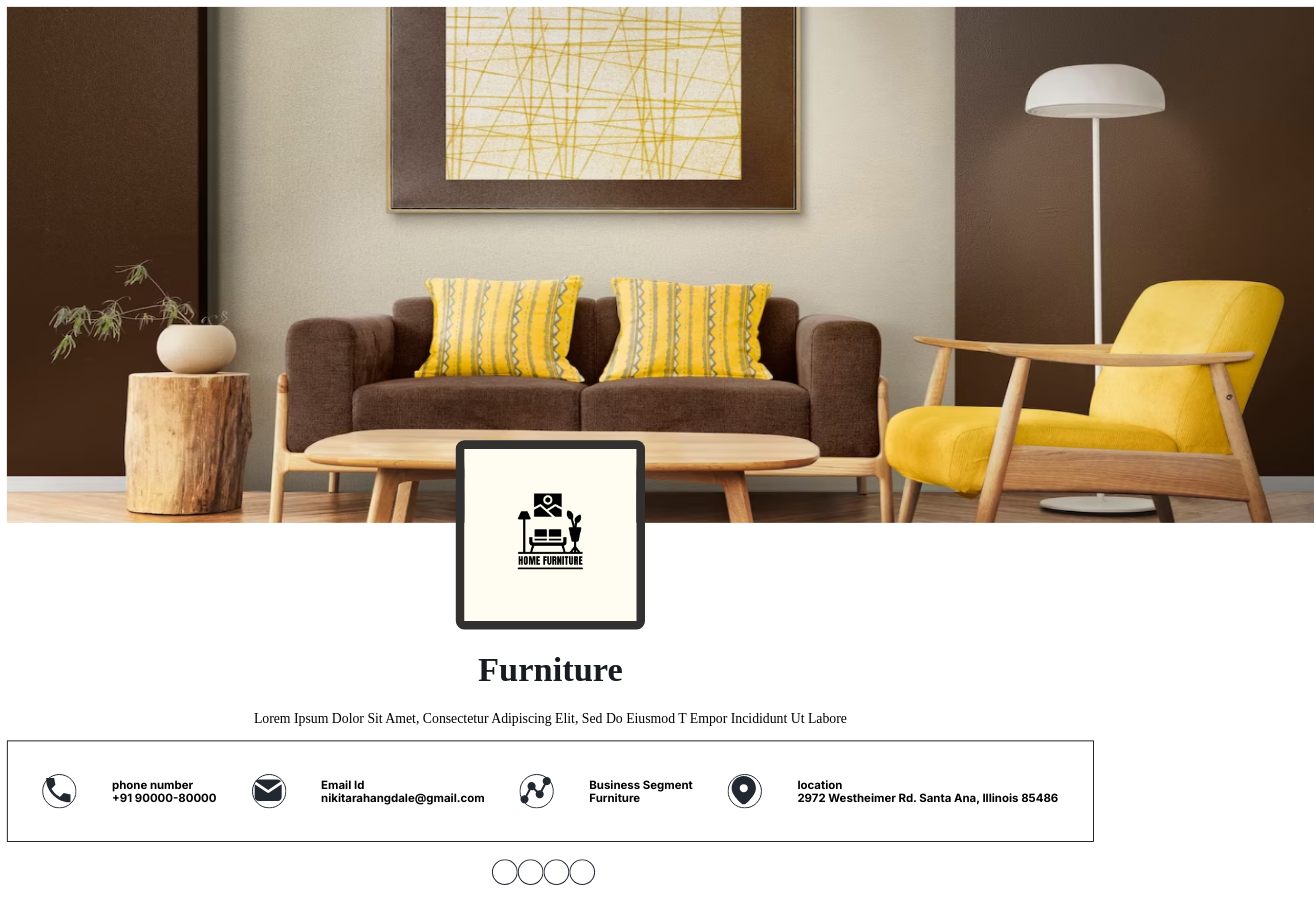
Repository: nikita120402/next13-deploy
Page: /
These files come from the project's save history. The page is drawn as it stood at one moment and after the next save; the edit follows.
The browser window is 1280 px wide. The page is 1528 px wide, so the pictures cover 1528 px, including what lies to the right of the window. The pictures show the whole page, at 86% of full size.
The project was rebuilt for these pictures with package versions that can differ from the ones it lists, and the page was loaded fresh each time. The framework's server and built-in components were replaced by stand-ins that run in the browser. Also part of the build but not shown: next.config.js.

Above is the page before, as saved 2023-08-02 16:46:08.

### src/app/page.tsx
import Image from 'next/image'
import styles from './Design.module.css'
export default function Page() {
  return (
  <div>
        <Image
      src="/../public/image/Rectangle 25.jpg"
      alt="Picture"
      width={1520}
      height={600}
          />
          <Image
          className={styles.icon}
          src="/../public/image/final logo.jpg"
          alt="Picture"
          width={200}
          height={200}
          />
          <h1>Furniture</h1>
          <p>Lorem ipsum dolor sit amet, consectetur adipiscing elit, sed do eiusmod t empor incididunt ut labore </p>
          <div className={styles.call}>
          <svg xmlns="http://www.w3.org/2000/svg" width="40" height="40" viewBox="0 0 69 69" fill="none">
  <circle cx="34.5" cy="34.5" r="33.5" fill="white" stroke="#222831" stroke-width="2"/>
  <svg xmlns="http://www.w3.org/2000/svg" width="65" height="65" viewBox="0 0 33 33" fill="none">
  <path d="M27.4313 28.875C24.5667 28.875 21.731 28.2563 18.9241 27.0187C16.1173 25.7812 13.5676 24.0167 11.275 21.725C8.98333 19.4333 7.21875 16.8896 5.98125 14.0938C4.74375 11.2979 4.125 8.45625 4.125 5.56875V4.125H12.2375L13.5094 11.0344L9.59062 14.9875C10.0948 15.8812 10.6562 16.7292 11.275 17.5312C11.8937 18.3333 12.5583 19.0781 13.2687 19.7656C13.9333 20.4302 14.6612 21.0664 15.4522 21.6741C16.2433 22.2819 17.0968 22.8488 18.0125 23.375L22 19.3875L28.875 20.7969V28.875H27.4313Z" fill="#222831"/>
</svg></svg> <h5>phone number <br/> +91 90000-80000</h5>

<svg xmlns="http://www.w3.org/2000/svg" width="40" height="40" viewBox="0 0 69 69" fill="none">
  <circle cx="34.5" cy="34.5" r="33.5" fill="white" stroke="#222831" stroke-width="2"/>
  <svg xmlns="http://www.w3.org/2000/svg" width="65" height="65" viewBox="0 0 33 33" fill="none">
  <g clip-path="url(#clip0_1_50)">
    <path d="M30.25 10.3606V23.375C30.2501 24.4271 29.8481 25.4396 29.1262 26.2051C28.4044 26.9706 27.4174 27.4314 26.367 27.4931L26.125 27.5H6.875C5.82284 27.5 4.81042 27.098 4.04489 26.3762C3.27937 25.6544 2.8186 24.6673 2.75688 23.617L2.75 23.375V10.3606L15.7369 19.019L15.8964 19.1097C16.0843 19.2016 16.2908 19.2493 16.5 19.2493C16.7092 19.2493 16.9157 19.2016 17.1036 19.1097L17.2631 19.019L30.25 10.3606Z" fill="#222831"/>
    <path d="M26.125 5.5C27.61 5.5 28.9121 6.28375 29.6381 7.46212L16.5 16.2209L3.36188 7.46212C3.70663 6.90218 4.1803 6.4328 4.74335 6.09315C5.30641 5.7535 5.94252 5.55343 6.59863 5.50962L6.875 5.5H26.125Z" fill="#222831"/>
  </g>
  <defs>
    <clipPath id="clip0_1_50">
      <rect width="33" height="33" fill="white"/>
    </clipPath>
  </defs>
</svg>
</svg> <h5>Email Id <br/>  nikitarahangdale@gmail.com</h5>

<svg xmlns="http://www.w3.org/2000/svg" width="40" height="40" viewBox="0 0 69 69" fill="none">
  <circle cx="34.5" cy="34.5" r="33.5" fill="white" stroke="#222831" stroke-width="2"/>
  <svg xmlns="http://www.w3.org/2000/svg" width="65" height="65" viewBox="0 0 33 33" fill="none">
  <path d="M30.7622 10.1346C30.3794 10.5186 29.9246 10.8231 29.4237 11.0306C28.9228 11.2381 28.3859 11.3445 27.8437 11.3437C27.5119 11.3436 27.1813 11.3037 26.8589 11.2251L23.4261 17.6008C23.4648 17.6369 23.5035 17.673 23.5409 17.7104C24.0863 18.256 24.4678 18.9435 24.6421 19.6951C24.8163 20.4466 24.7764 21.2319 24.5267 21.9618C24.2771 22.6917 23.8277 23.337 23.2297 23.8244C22.6317 24.3118 21.9091 24.6217 21.1438 24.719C20.3785 24.8162 19.6013 24.6969 18.9004 24.3747C18.1995 24.0524 17.603 23.54 17.1787 22.8957C16.7544 22.2514 16.5192 21.5011 16.5 20.7298C16.4807 19.9586 16.6781 19.1975 17.0698 18.5328L14.4684 15.9315C13.8338 16.3044 13.111 16.5007 12.375 16.5C12.0428 16.5002 11.7117 16.4609 11.3889 16.3827L7.95609 22.7558C7.99476 22.7919 8.03472 22.828 8.0721 22.8654C8.6489 23.4423 9.04168 24.1773 9.20076 24.9775C9.35985 25.7776 9.27811 26.607 8.96587 27.3606C8.65363 28.1143 8.12492 28.7585 7.44658 29.2117C6.76825 29.665 5.97076 29.9069 5.15495 29.9069C4.33915 29.9069 3.54166 29.665 2.86333 29.2117C2.18499 28.7585 1.65628 28.1143 1.34404 27.3606C1.0318 26.607 0.950059 25.7776 1.10915 24.9775C1.26823 24.1773 1.66101 23.4423 2.23781 22.8654C2.7397 22.3637 3.36251 22 4.04606 21.8094C4.7296 21.6188 5.45075 21.6078 6.1398 21.7774L9.57257 15.4017C9.5339 15.3656 9.49523 15.3295 9.45785 15.2921C9.07471 14.9091 8.77077 14.4543 8.56342 13.9538C8.35606 13.4532 8.24933 12.9168 8.24933 12.375C8.24933 11.8332 8.35606 11.2967 8.56342 10.7962C8.77077 10.2957 9.07471 9.84089 9.45785 9.45783C10.1675 8.74616 11.1126 8.31805 12.1156 8.25393C13.1186 8.18981 14.1105 8.49408 14.905 9.10959C15.6995 9.72511 16.242 10.6095 16.4306 11.5967C16.6191 12.5839 16.4407 13.606 15.9289 14.471L18.5303 17.0723C19.4597 16.5277 20.5645 16.3659 21.6111 16.6212L25.0439 10.2455C25.0052 10.2094 24.9653 10.1733 24.9279 10.1359C24.5447 9.75283 24.2408 9.29805 24.0335 8.79752C23.8261 8.29699 23.7194 7.76051 23.7194 7.21873C23.7194 6.67695 23.8261 6.14048 24.0335 5.63995C24.2408 5.13942 24.5447 4.68464 24.9279 4.30158C25.7016 3.52791 26.7509 3.09326 27.845 3.09326C28.9392 3.09326 29.9885 3.52791 30.7622 4.30158C31.5359 5.07526 31.9705 6.12459 31.9705 7.21873C31.9705 8.31288 31.5359 9.36221 30.7622 10.1359V10.1346Z" fill="#222831"/>
</svg>
</svg> <h5>Business  Segment  <br/>  Furniture</h5>

<svg xmlns="http://www.w3.org/2000/svg" width="40" height="40" viewBox="0 0 69 69" fill="none">
  <circle cx="34.5" cy="34.5" r="33.5" fill="white" stroke="#222831" stroke-width="2"/>
  <svg xmlns="http://www.w3.org/2000/svg" width="65" height="65" viewBox="0 0 33 33" fill="none">
  <path d="M18.8843 29.997C22.4792 26.8331 28.875 20.3692 28.875 14.4375C28.875 11.1554 27.5712 8.00782 25.2504 5.68705C22.9297 3.36629 19.7821 2.0625 16.5 2.0625C13.2179 2.0625 10.0703 3.36629 7.74955 5.68705C5.42879 8.00782 4.125 11.1554 4.125 14.4375C4.125 20.3692 10.5187 26.8331 14.1157 29.997C14.7719 30.5826 15.6205 30.9063 16.5 30.9063C17.3795 30.9063 18.2281 30.5826 18.8843 29.997ZM12.375 14.4375C12.375 13.3435 12.8096 12.2943 13.5832 11.5207C14.3568 10.7471 15.406 10.3125 16.5 10.3125C17.594 10.3125 18.6432 10.7471 19.4168 11.5207C20.1904 12.2943 20.625 13.3435 20.625 14.4375C20.625 15.5315 20.1904 16.5807 19.4168 17.3543C18.6432 18.1279 17.594 18.5625 16.5 18.5625C15.406 18.5625 14.3568 18.1279 13.5832 17.3543C12.8096 16.5807 12.375 15.5315 12.375 14.4375Z" fill="#222831"/>
</svg>
</svg>  <h5>location  <br/>  2972 Westheimer Rd. Santa Ana, Illinois 85486 </h5>

</div>
<div className={styles.icon1}>
<svg xmlns="http://www.w3.org/2000/svg" width="30" height="30" viewBox="0 0 50 50" fill="none">
  <circle cx="25" cy="25" r="24" fill="white" stroke="#222831" stroke-width="2"/>
</svg>
<svg xmlns="http://www.w3.org/2000/svg" width="30" height="30" viewBox="0 0 50 50" fill="none">
  <circle cx="25" cy="25" r="24" fill="white" stroke="#222831" stroke-width="2"/>
</svg>
<svg xmlns="http://www.w3.org/2000/svg" width="30" height="30" viewBox="0 0 50 50" fill="none">
  <circle cx="25" cy="25" r="24" fill="white" stroke="#222831" stroke-width="2"/>
</svg>
<svg xmlns="http://www.w3.org/2000/svg" width="30" height="30" viewBox="0 0 50 50" fill="none">
  <circle cx="25" cy="25" r="24" fill="white" stroke="#222831" stroke-width="2"/>
</svg>

</div>
  </div>
  )

}

### src/app/globals.css
Image{
  padding: 5px;
  text-align: center;
}

h1{
      text-align: center;
      color: #181b21;
font-family: Playfair Display;
font-size: 40px;
font-style: normal;
font-weight: 600;
line-height: 100%; /* 40px */
  text-transform: capitalize;
}
p{
      color: #000;
text-align: center;
font-family: Poppins;
font-size: 16px;
font-style: normal;
font-weight: 400;
line-height: 120%; /* 24px */
  text-transform: capitalize;
}

### src/app/Design.module.css
.icon{
    border-radius: 10px;
    background: #222831;
    position: relative;
    border: solid 10px rgb(51, 48, 48);
    margin-left: auto;
    margin-right: auto;
    display: block;
    margin-top: -100px;
    z-index: +1;
}

.call{
    display: flex;
    margin-left:auto;
    border: solid 1px black;
    padding: 20px;
    justify-content: space-around;
    align-items: center;
}

.icon1{
    display: flex;
    margin-left:43%;
    padding: 20px;
    align-items: center;
    justify-items: auto;
}

Loaded but not shown: src/app/layout.tsx (common file)

After the next save:
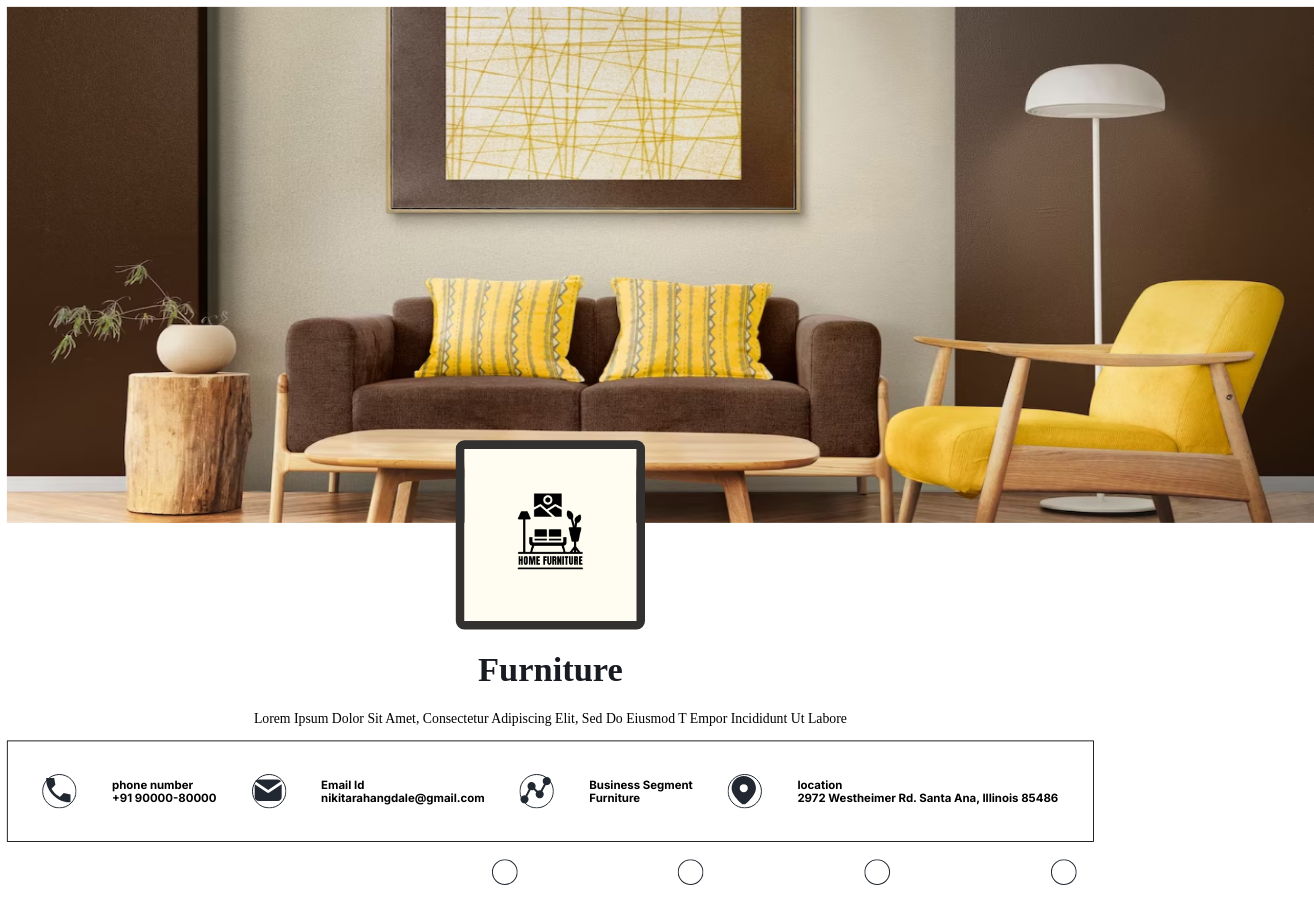
Saved 16 s later.
--- a/src/app/Design.module.css
+++ b/src/app/Design.module.css
@@ -24,5 +24,5 @@
     margin-left:43%;
     padding: 20px;
     align-items: center;
-    justify-items: auto;
+    justify-content: space-between;
 }

After the save that followed:
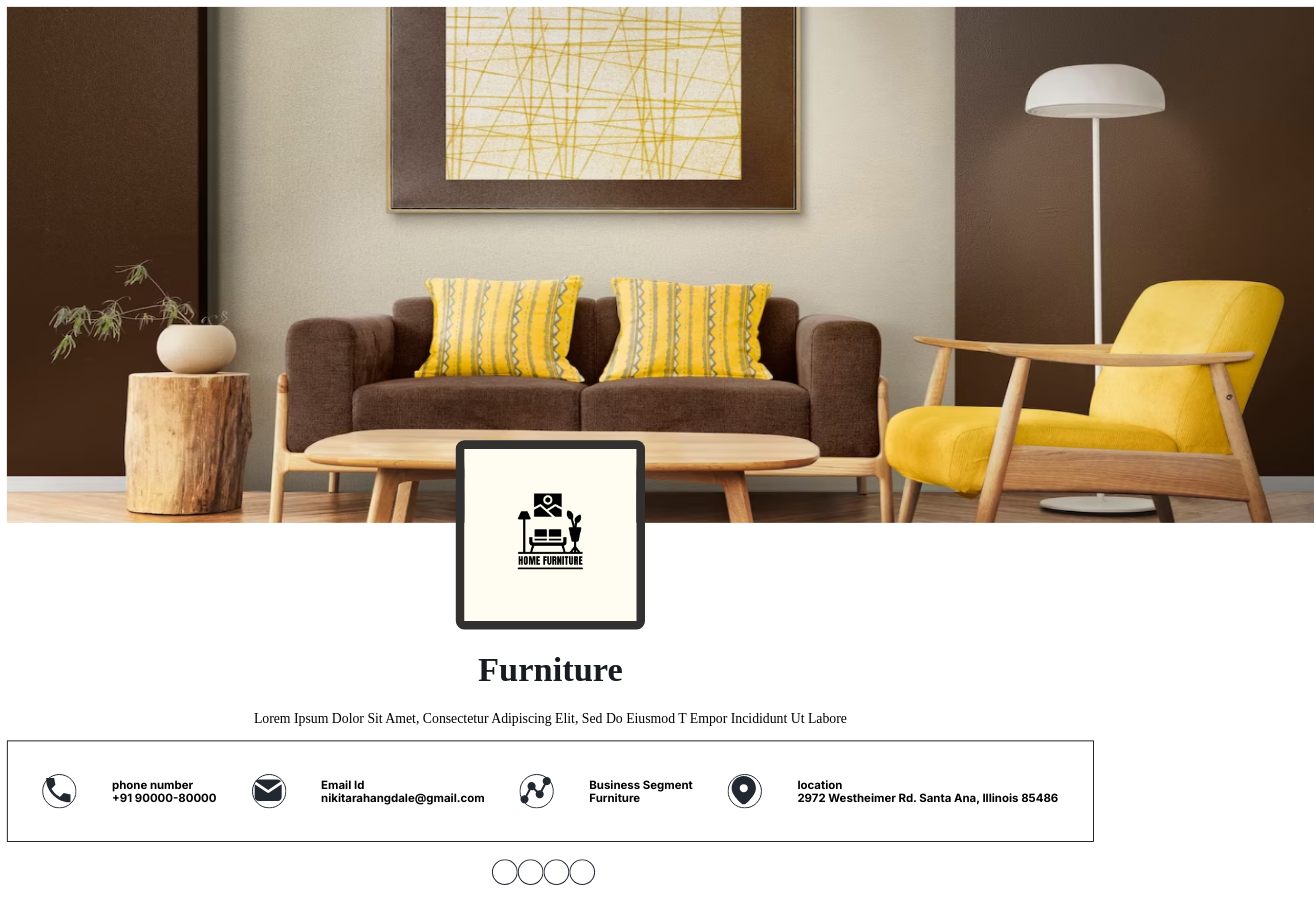
Saved 17 s later.
--- a/src/app/Design.module.css
+++ b/src/app/Design.module.css
@@ -24,5 +24,5 @@
     margin-left:43%;
     padding: 20px;
     align-items: center;
-    justify-content: space-between;
+    justify-content: space-between 10%;
 }
